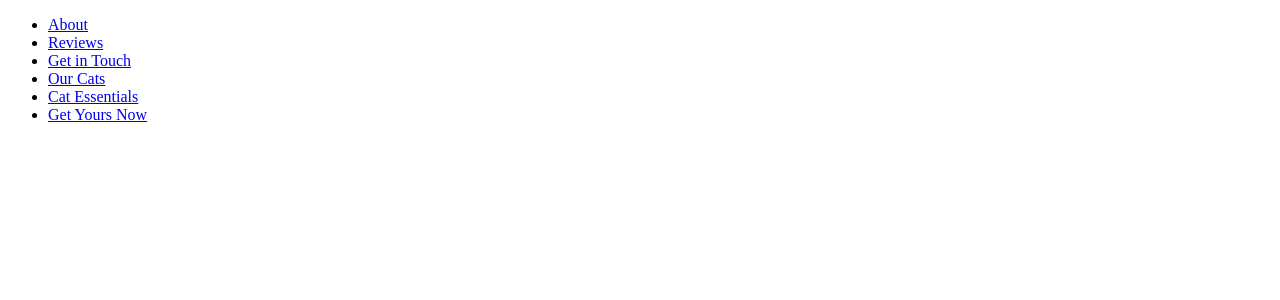
Repository: rihebtlh/portfolio
Page: new.html
The author's editor kept a copy of each file at every save. The page is drawn from the files as they stood at one save, then again after the next save.
The browser window is 1280 px wide. The pictures show the whole page.

Above is the page before, as saved 2025-07-01 16:40:27.
Not found: css/main.min.css

After the next save:
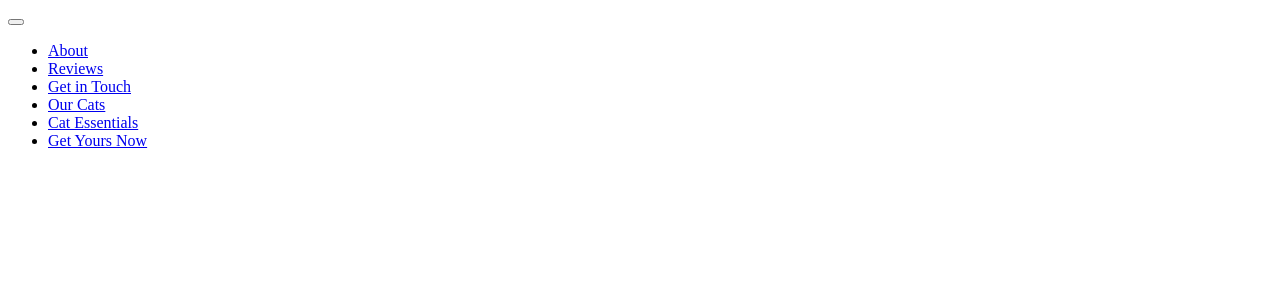
Saved 49 s later.
--- a/new.html
+++ b/new.html
@@ -10,6 +10,11 @@
     <title>Riheb Talhi Portfolio</title>
 </head>
 <body>
+    <!-- Toggle button for mobile -->
+    <button class="navbar-toggler" type="button" data-bs-toggle="collapse" data-bs-target="#main-nav"
+      aria-controls="main-nav" aria-expanded="false" aria-label="Toggle navigation">
+      <span class="navbar-toggler-icon"></span>
+    </button>
     <!--Navabar-->
     <nav class="navbar navbar-expand-md navbar-light bg-light">
         <div class="container-xxl">
